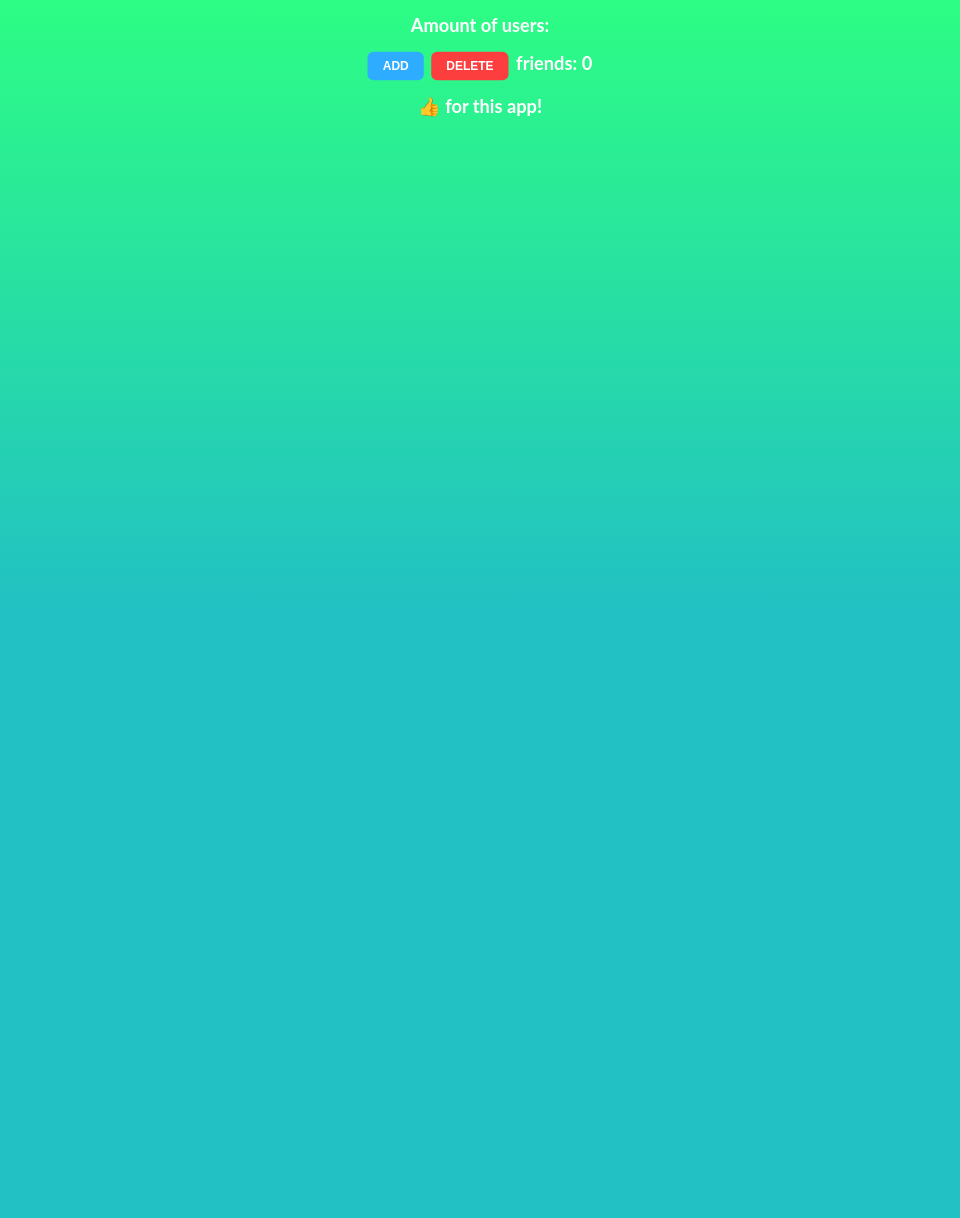
Repository: marcinszymaszek/facelook
Page: /
The author's editor kept a copy of each file at every save. The page is drawn from the files as they stood at one save, then again after the next save.
The browser window is 1280 px wide. The pictures show the whole page, at 75% of full size.
The page's requests for data from a server got no answer. The project was rebuilt for these pictures with package versions that can differ from the ones it lists, and the page was loaded fresh each time. No one was signed in, and anything a server would have sent is missing.

Above is the page before, as saved 2020-01-13 19:15:47.

After the next save:
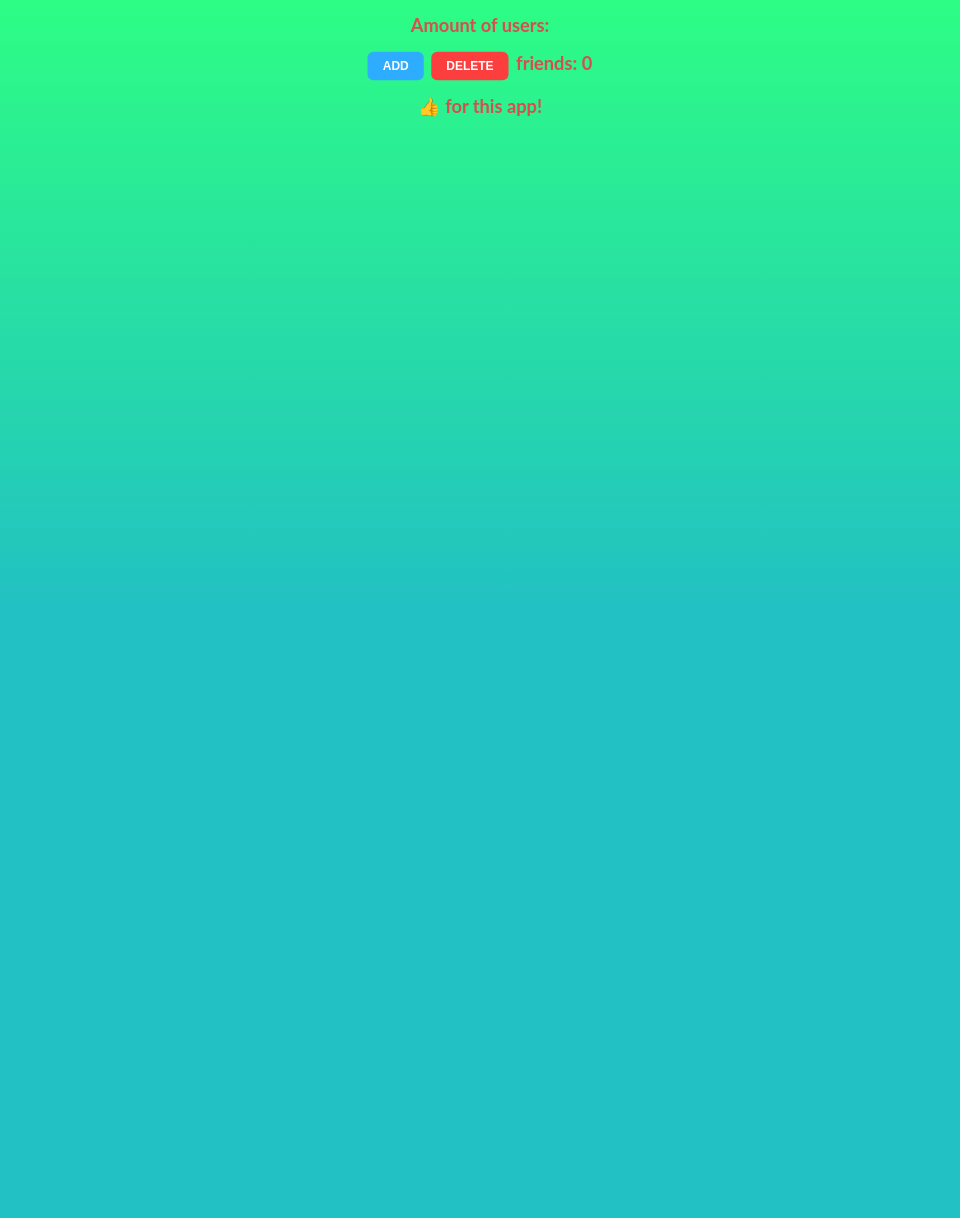
Saved 44 s later.
--- a/src/components/users/Users.css
+++ b/src/components/users/Users.css
@@ -1,5 +1,5 @@
 body{
-    color: rgb(255, 255, 255);
+    color: rgb(214, 79, 79);
     font-family: Lato, sans-serif;
     font-size: 1.5em;
     background: rgb(34,193,195);

After the save that followed:
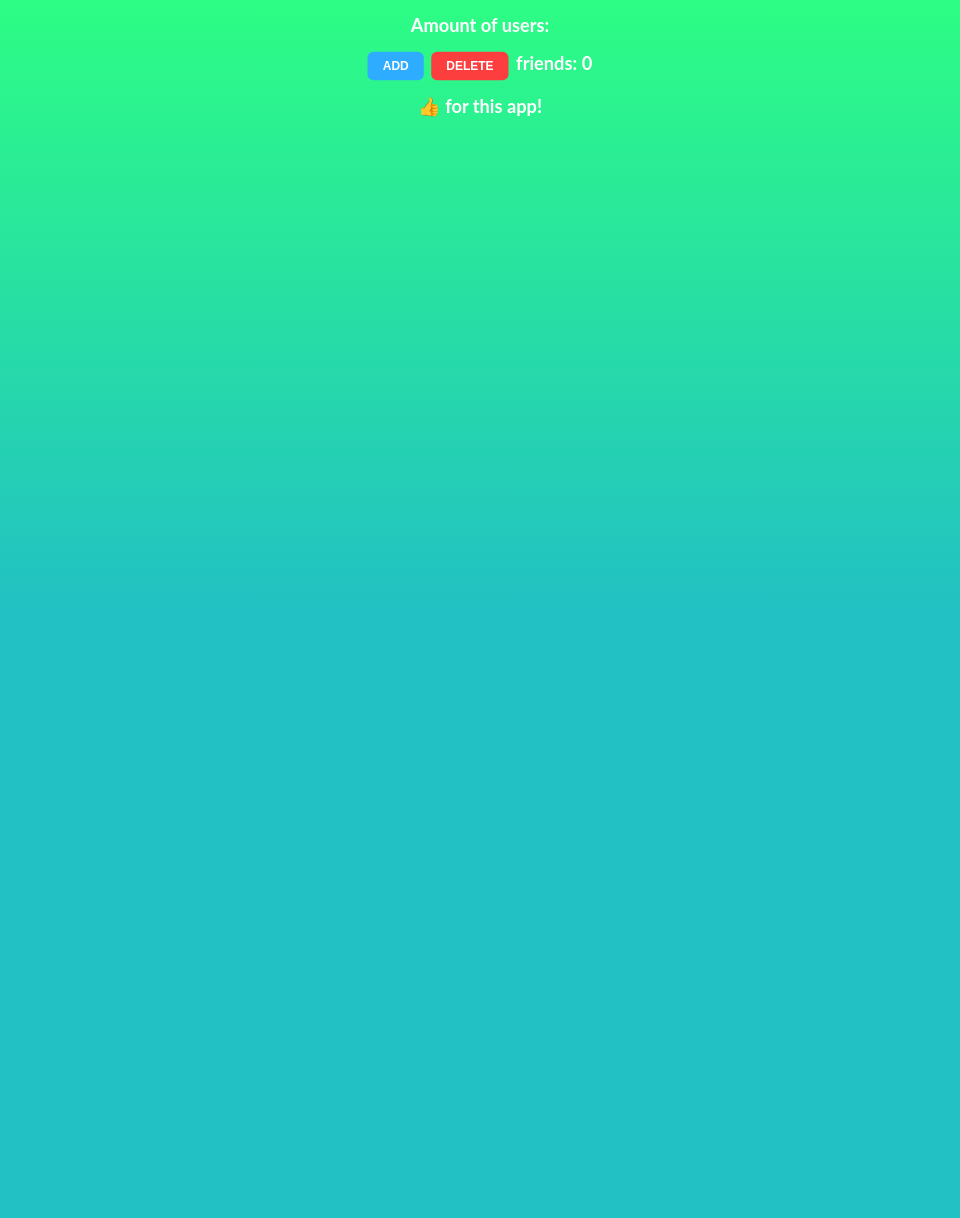
Saved 5 s later.
--- a/src/components/users/Users.css
+++ b/src/components/users/Users.css
@@ -1,5 +1,5 @@
 body{
-    color: rgb(214, 79, 79);
+    color: rgb(255, 255, 255);
     font-family: Lato, sans-serif;
     font-size: 1.5em;
     background: rgb(34,193,195);
